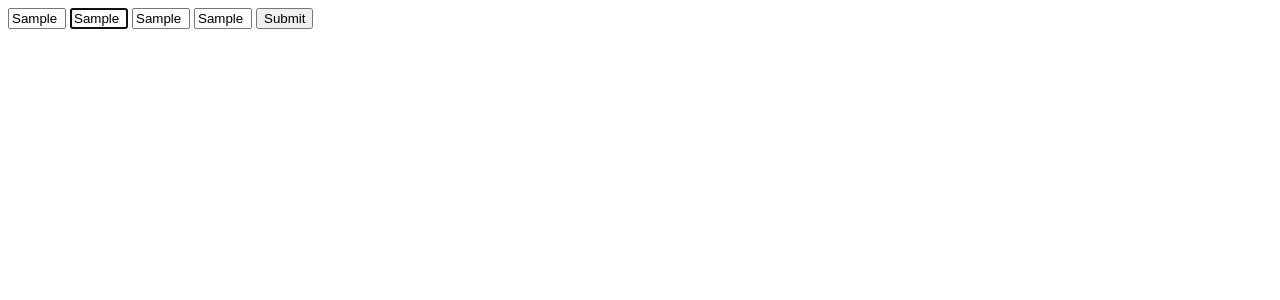
Repository: Padminivittal/Padmini-MWB
Page: MWB Day1/WebContent/Lab3_Jq1.html
The author's editor kept a copy of each file at every save. The page is drawn from the files as they stood at one save, then again after the next save.
The browser window is 1280 px wide. The pictures show the whole page.
Empty fields were first filled with sample values (such as "Sample", 5 or name@example.com).
After loading, the first visible `#txt1` was changed once.

Above is the page before, as saved 2012-07-20 09:07:46.

After the next save:
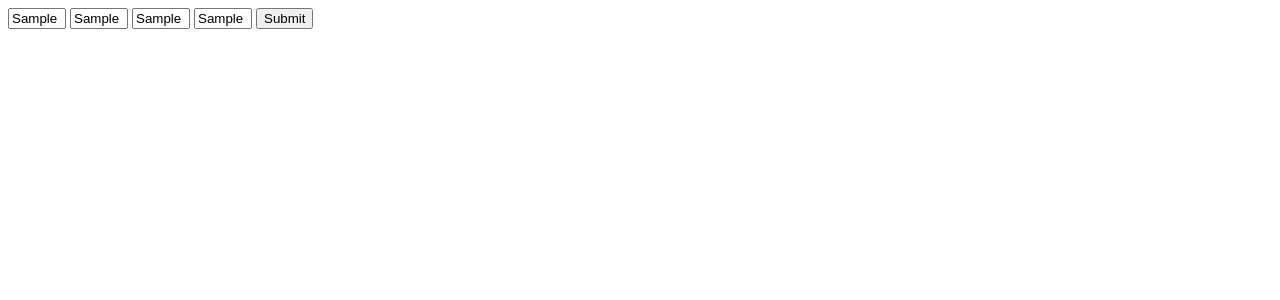
Console error: TypeError: $(...).next(...).foucs is not a function
Saved 105 s later.
--- a/MWB Day1/WebContent/Lab3_Jq1.html
+++ b/MWB Day1/WebContent/Lab3_Jq1.html
@@ -7,9 +7,9 @@
 <script>
 $().ready(function()
 		{
-	$("#txt1").on("keyup",function(){
-		alert("text");
-		$("#txt2").focus();
+	$(".ipaddress").on("keyup",function(){
+		$(this).next().foucs();
+		//$("#txt2").focus();
 	});
 		});
 </script>
